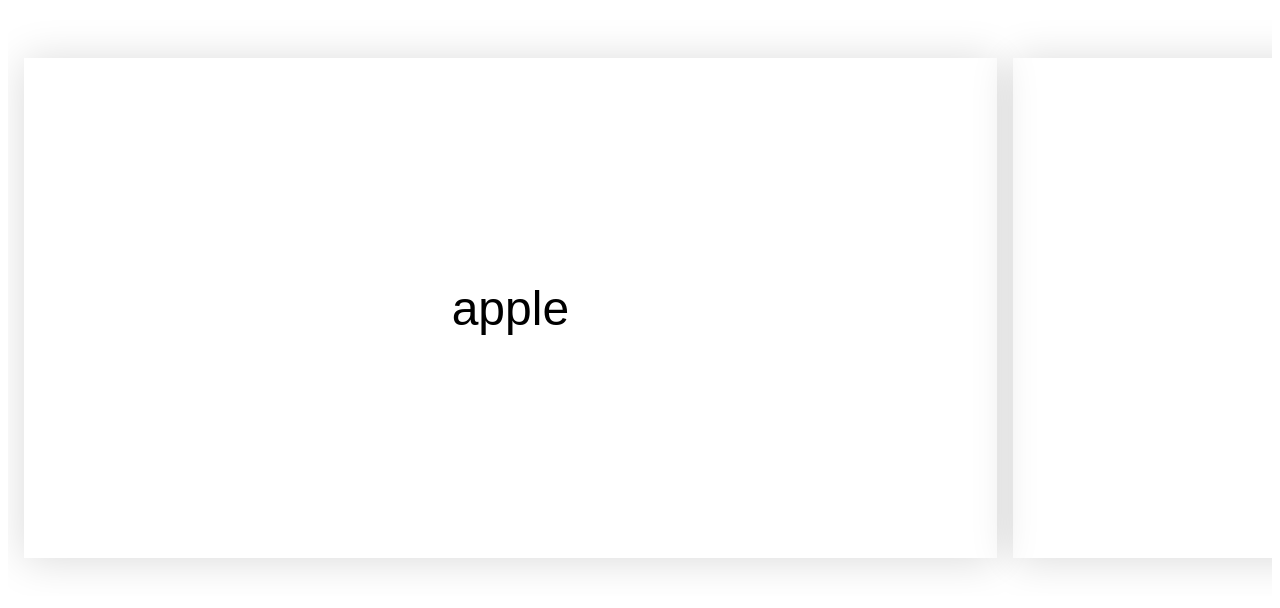
Repository: lzh15378738622/scroll-snap
Page: index.html
These files come from the project's save history. The page is drawn as it stood at one moment and after the next save; the edit follows.
The browser window is 1280 px wide. The pictures show the whole page.

Above is the page before, as saved 2022-02-26 23:19:16.

### index.html
<!--
 * @Date: 2022-02-26 11:43:45
 * @LastEditors: lzh886
 * 简单的滚动还在用swiper?
 * @LastEditTime: 2022-02-26 23:15:52
 * @FilePath: /scroll-snap/index.html
-->
<!DOCTYPE html>
<html lang="en">
  <head>
    <meta charset="UTF-8" />
    <meta http-equiv="X-UA-Compatible" content="IE=edge" />
    <meta name="viewport" content="width=device-width, initial-scale=1.0" />
    <title>Document</title>
    <link rel="stylesheet" href="./style.css" />
    <style></style>
  </head>

  <body>
    <main>
      <div>apple</div>
      <div>banana</div>
      <div>pear</div>
      <div>orange</div>
      <div>papa</div>
    </main>
  </body>
</html>

### style.css
@import url(https://fonts.googleapis.com/css?family=Source+Sans+Pro:300,400,600,700,300italic,400italic,600italic);
      body {
        font-family: "Merriweather Sans", sans-serif;
      }
      main {
        display: grid;
        grid-template-columns: repeat(5, 1fr);
        overflow-x: auto;
        padding-block: 38px;
        padding-inline: 1rem;
        margin-block: 20px;
        gap: 1rem;
        scroll-snap-type: x mandatory;
      }
      div {
        width: 76vw;
        height: 500px;
        box-shadow: 0 2px 40px rgba(0, 0, 0, 0.15);
        scroll-behavior: smooth;
        scroll-snap-align: center;
        scroll-snap-stop: always;
        display: flex;
        justify-content: center;
        align-items: center;
        font-size: 3rem;
      }
      div:first{
        background-color: #333;
      }

After the next save:
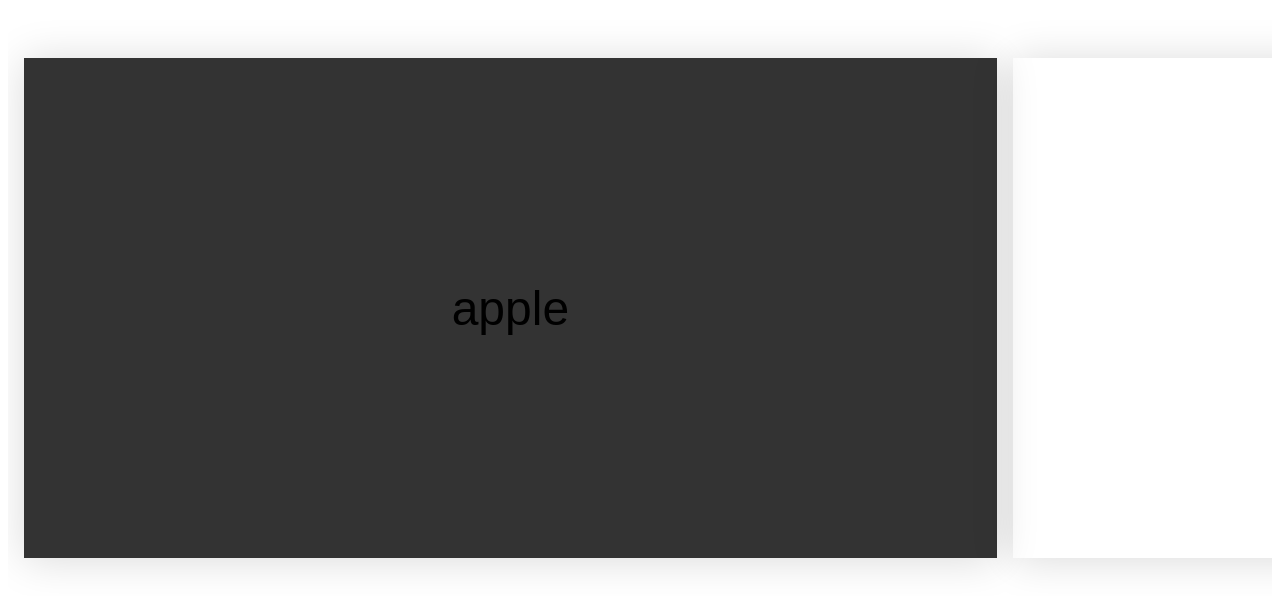
Saved 18 s later.
--- a/style.css
+++ b/style.css
@@ -24,6 +24,6 @@
         align-items: center;
         font-size: 3rem;
       }
-      div:first{
+      div:first-child{
         background-color: #333;
       }
